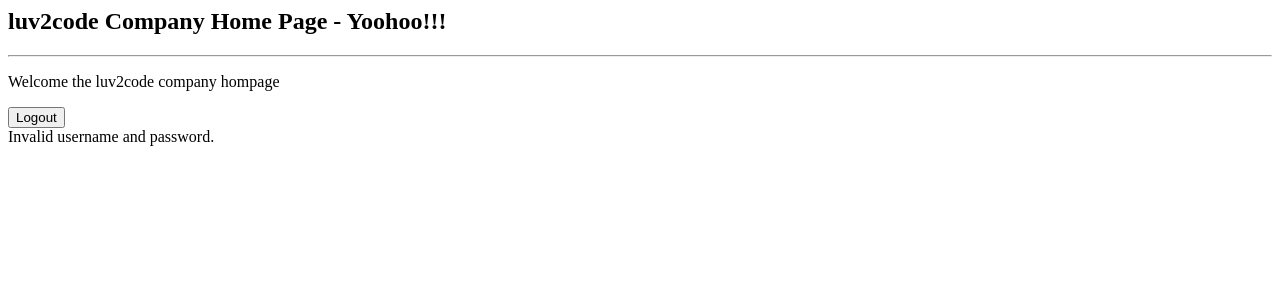
Repository: ldh9282/spring-security
Page: http://localhost/spring-security-demo-05-logout/
These files come from the project's save history. The page is drawn as it stood at one moment and after the next save; the edit follows.
The browser window is 1280 px wide. The pictures show the whole page.
The page is served by Tomcat 9.

Above is the page before, as saved 2022-12-16 11:57:33.

After the next save:
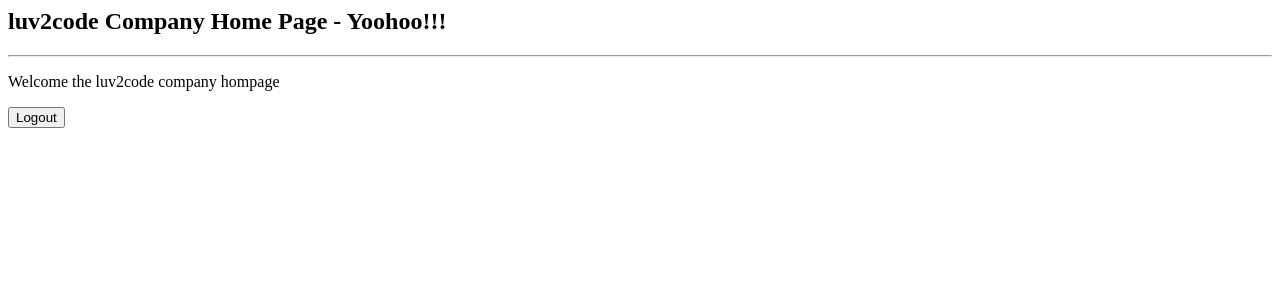
Saved 3 min 18 s later.
--- a/spring-security-demo-05-logout/src/main/webapp/WEB-INF/view/home.jsp
+++ b/spring-security-demo-05-logout/src/main/webapp/WEB-INF/view/home.jsp
@@ -22,7 +22,7 @@
 		<input type="submit" value="Logout" />
 
 		<!-- Check for login error -->
-		<c:if test="${param.error == null }">
+		<c:if test="${param.error != null }">
 
 			<div class="alert alert-danger col-xs-offset-1 col-xs-10">
 				Invalid username and password.
